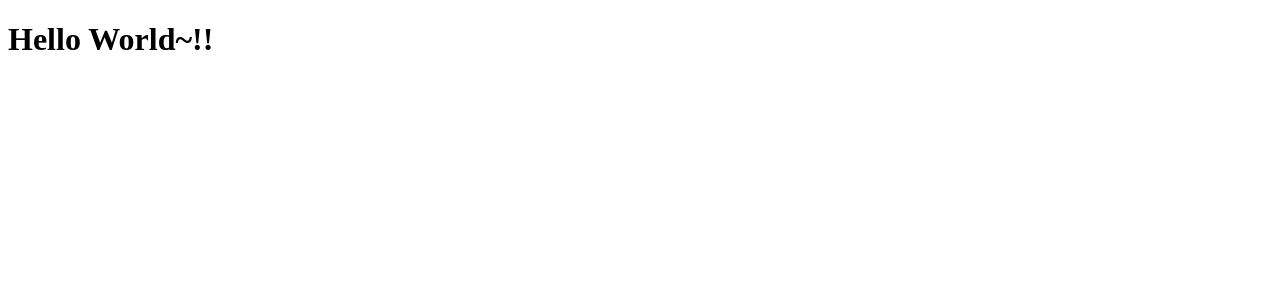
Repository: JaeYong-An/jstl
Page: http://localhost/jstl_study/
The author's editor kept a copy of each file at every save. The page is drawn from the files as they stood at one save, then again after the next save.
The browser window is 1280 px wide. The pictures show the whole page.
The page is served by Tomcat 9. Other server files are loaded and not shown.

Above is the page before, as saved 2023-11-22 02:40:11.

### jstl_study/src/main/webapp/index.jsp
<%@ page language="java" contentType="text/html; charset=UTF-8"
    pageEncoding="UTF-8"%>
<!DOCTYPE html>
<html>
<head>
<meta charset="UTF-8">
<title>Insert title here</title>
</head>
<body>
	<h1>Hello World~!!</h1>
</body>
</html>

After the next save:
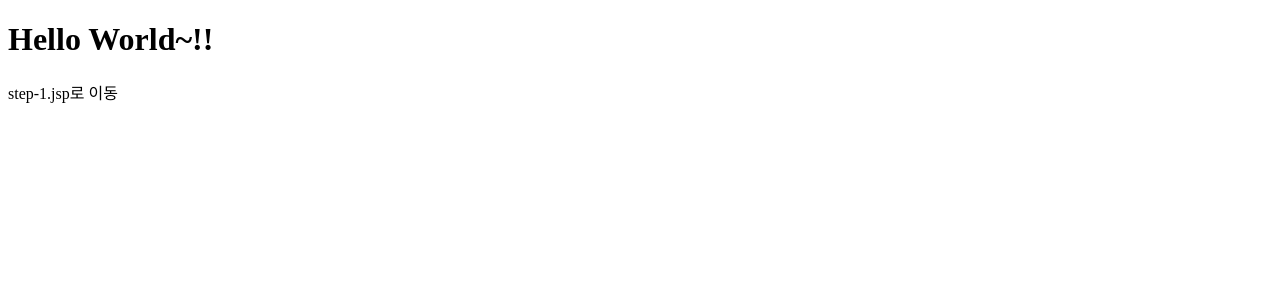
Saved 70 min 7 s later.
--- a/jstl_study/src/main/webapp/index.jsp
+++ b/jstl_study/src/main/webapp/index.jsp
@@ -8,5 +8,6 @@
 </head>
 <body>
 	<h1>Hello World~!!</h1>
+	<a>step-1.jsp로 이동</a>
 </body>
 </html>
